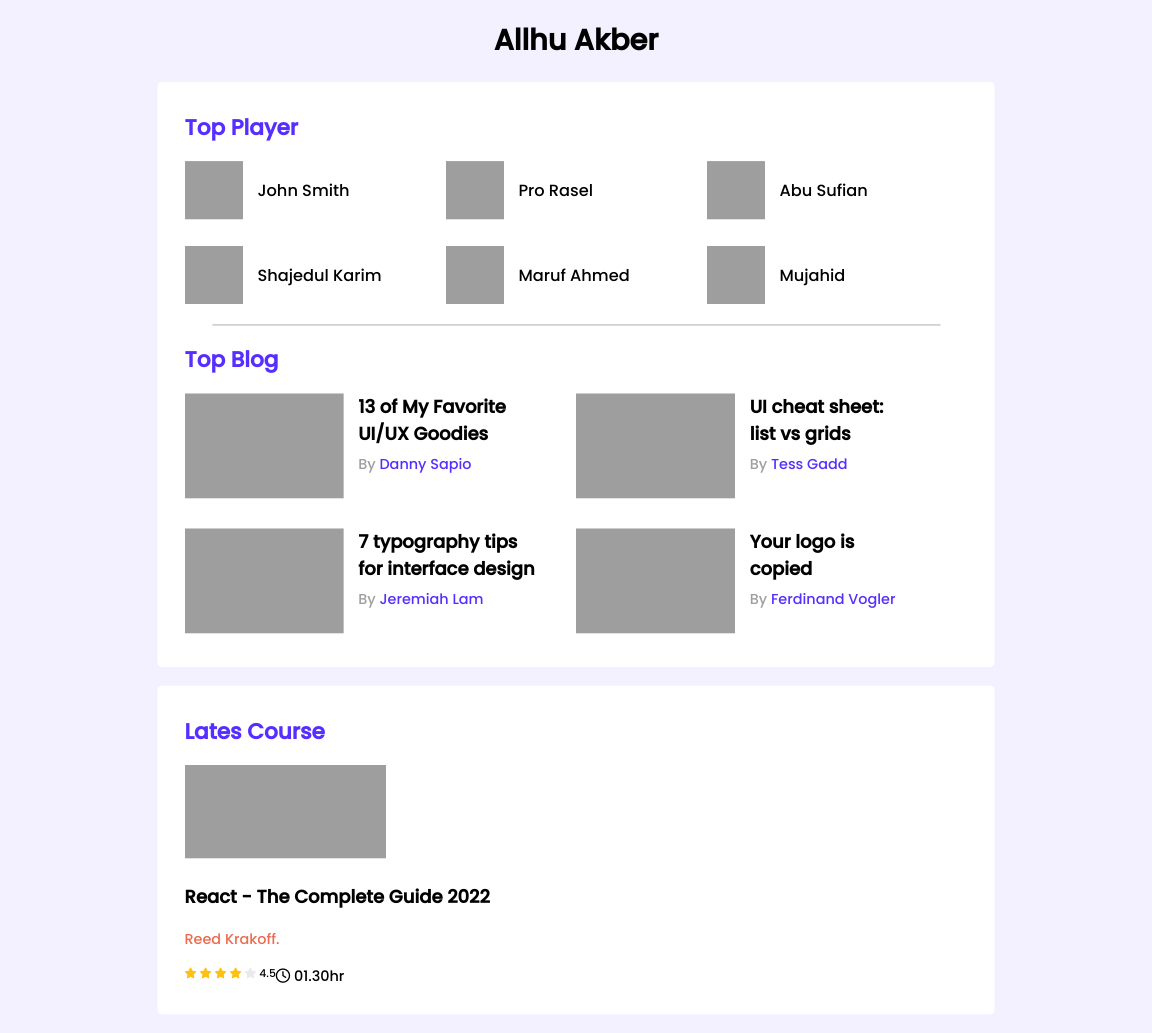
Repository: zjria/leader-board
Page: index.html
The author's editor kept a copy of each file at every save. The page is drawn from the files as they stood at one save, then again after the next save.
The browser window is 1280 px wide. The pictures show the whole page, at 90% of full size.
Pictures or frames that could not be fetched are drawn as grey boxes.

Above is the page before, as saved 2022-09-05 06:45:09.

After the next save:
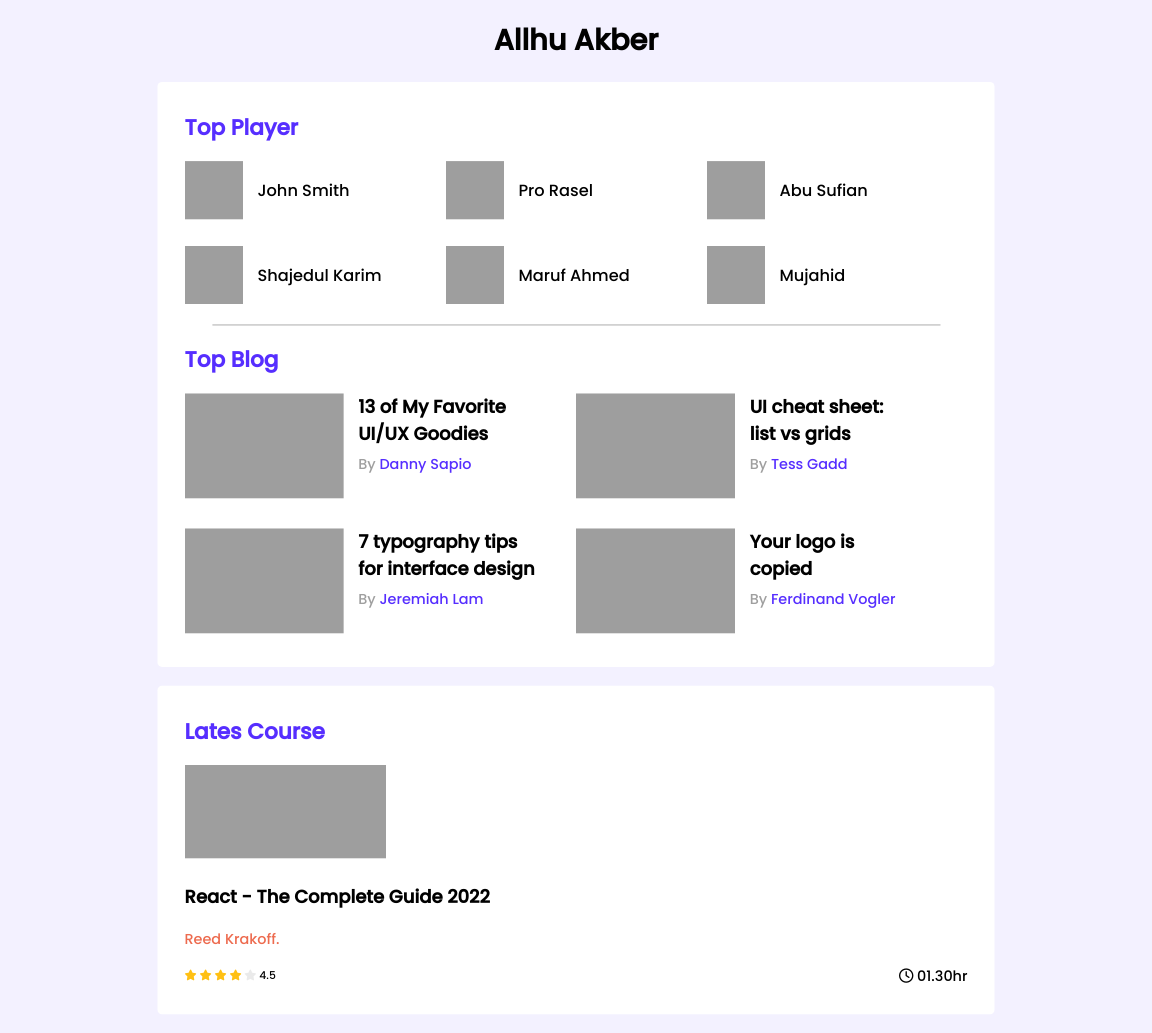
Saved 112 s later.
--- a/style/style.css
+++ b/style/style.css
@@ -126,6 +126,8 @@ h2.section-title {
 
 .course-info {
     display: flex;
+    align-items: center;
+    justify-content: space-between;
 }
 
 .course-info .star-icon {
